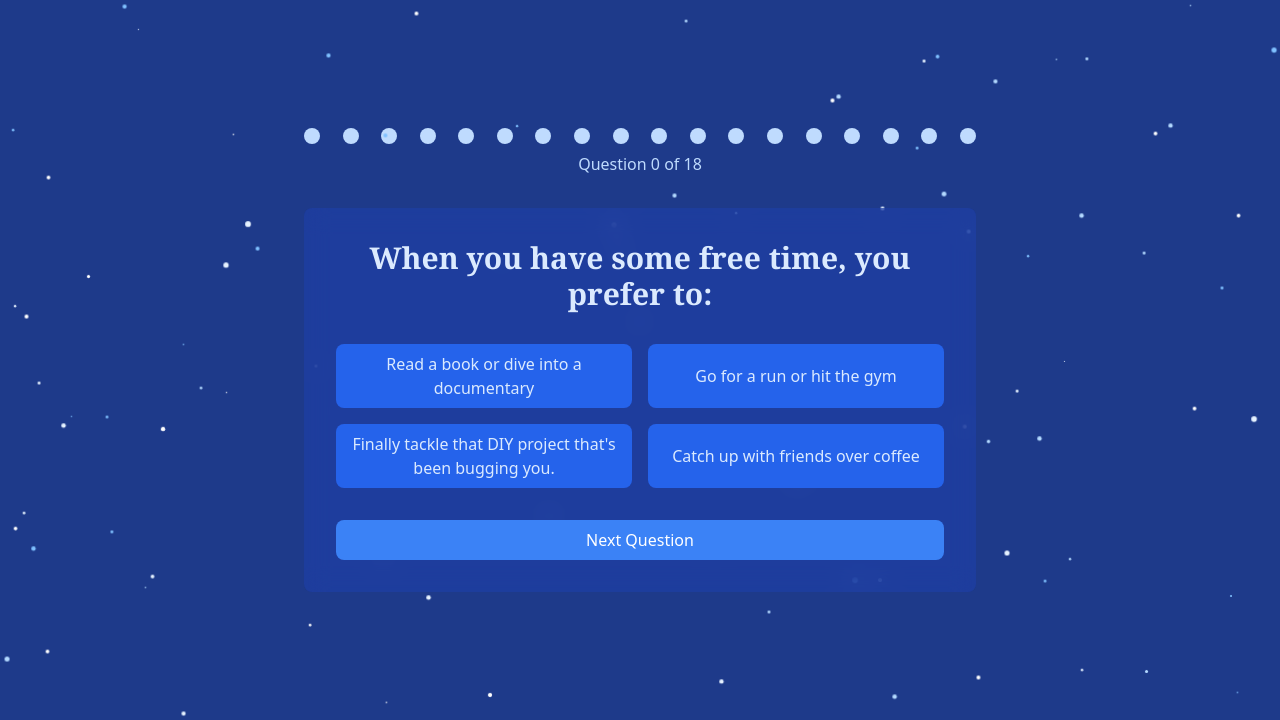
Repository: DKenins/Ikigaitest
Page: /
These files come from the project's save history. The page is drawn as it stood at one moment and after the next save; the edit follows.
The browser window is 1280 px wide. The pictures show the whole page.
Some web fonts or font styles are not loaded; a fallback is used. The project was rebuilt for these pictures with package versions that can differ from the ones it lists, and the page was loaded fresh each time. The framework's server and built-in components were replaced by stand-ins that run in the browser. Also part of the build but not shown: next.config.mjs.

Above is the page before, as saved 2024-10-06 19:22:46.

### app/layout.tsx
import { Poppins } from 'next/font/google';
import './globals.css';

const poppins = Poppins({
  weight: ['400', '600', '700'],
  subsets: ['latin'],
  display: 'swap',
  variable: '--font-poppins',
});

export default function RootLayout({
  children,
}: {
  children: React.ReactNode;
}) {
  return (
    <html lang="en" className={poppins.variable}>
      <head>
        <link
          rel="stylesheet"
          href="https://fonts.googleapis.com/css2?family=Poppins:wght@400;600;700&display=swap"
        />
      </head>
      <body className="antialiased">
        {children}
      </body>
    </html>
  );
}

### app/page.tsx
import PersonalityTest from './components/PersonalityTest';


export default function Home() {
  return (
    <div>
      <PersonalityTest />
    </div>
  );
}

### app/globals.css
@import url('https://fonts.googleapis.com/css2?family=Inter:wght@400;500;600;700&display=swap');
@import url('https://fonts.googleapis.com/css2?family=Akwe+Pro:wght@400;500;600;700&display=swap');

@tailwind base;
@tailwind components;
@tailwind utilities;

@layer base {
  :root {
    --background: hsl(0, 0%, 100%);
    --foreground: hsl(240, 10%, 3.9%);
    --card: 0 0% 100%;
    --card-foreground: 0 0% 3.9%;
    --popover: 0 0% 100%;
    --popover-foreground: 0 0% 3.9%;
    --primary: 0 0% 9%;
    --primary-foreground: 0 0% 98%;
    --secondary: 0 0% 96.1%;
    --secondary-foreground: 0 0% 9%;
    --muted: 0 0% 96.1%;
    --muted-foreground: 0 0% 45.1%;
    --accent: 0 0% 96.1%;
    --accent-foreground: 0 0% 9%;
    --destructive: 0 84.2% 60.2%;
    --destructive-foreground: 0 0% 98%;
    --border-color: hsl(240, 5.9%, 90%);
    --input: 0 0% 89.8%;
    --ring: 0 0% 3.9%;
    --radius: 0.5rem;
    --border: 0 0% 89.8%;
    --chart-1: 12 76% 61%;
    --chart-2: 173 58% 39%;
    --chart-3: 197 37% 24%;
    --chart-4: 43 74% 66%;
    --chart-5: 27 87% 67%;
  }

  .bg-background {
    @apply bg-[hsl(var(--background))];
  }
  .text-foreground {
    @apply text-[hsl(var(--foreground))];
  }
  .font-body {
    @apply font-sans;
  }
  .font-heading {
    @apply font-bold text-2xl;
  }
  .border-border {
    @apply border-[hsl(var(--border-color))];
  }

  body {
    font-family: 'Akwe Pro', sans-serif; /* Apply Akwe Pro font */
    @apply bg-background text-foreground font-body;
  }

  h1, h2, h3, h4, h5, h6 {
    @apply font-heading;
  }
  .dark {
    --background: 0 0% 3.9%;
    --foreground: 0 0% 98%;
    --card: 0 0% 3.9%;
    --card-foreground: 0 0% 98%;
    --popover: 0 0% 3.9%;
    --popover-foreground: 0 0% 98%;
    --primary: 0 0% 98%;
    --primary-foreground: 0 0% 9%;
    --secondary: 0 0% 14.9%;
    --secondary-foreground: 0 0% 98%;
    --muted: 0 0% 14.9%;
    --muted-foreground: 0 0% 63.9%;
    --accent: 0 0% 14.9%;
    --accent-foreground: 0 0% 98%;
    --destructive: 0 62.8% 30.6%;
    --destructive-foreground: 0 0% 98%;
    --border: 0 0% 14.9%;
    --input: 0 0% 14.9%;
    --ring: 0 0% 83.1%;
    --chart-1: 220 70% 50%;
    --chart-2: 160 60% 45%;
    --chart-3: 30 80% 55%;
    --chart-4: 280 65% 60%;
    --chart-5: 340 75% 55%;
  }
}

@layer base {
  * {
    @apply border-border;
  }
  body {
    @apply bg-background text-foreground;
  }
}

### app/components/PersonalityTest.tsx
"use client";

import React, { useState, useEffect, useRef } from "react";
import { useRouter } from "next/navigation";
import { motion, useAnimation } from "framer-motion";

interface Star {
  id: number;
  x: number;
  y: number;
  size: number;
  color: string;
  vx: number;
  vy: number;
}

interface ShootingStar {
  id: number;
  startX: number;
  startY: number;
  endX: number;
  endY: number;
}

const generateStar = (id: number, width: number, height: number): Star => ({
  id,
  x: Math.random() * width,
  y: Math.random() * height,
  size: Math.random() * 3 + 1,
  color: ["#ffffff", "#e6f2ff", "#b3d9ff", "#80c1ff"][Math.floor(Math.random() * 4)],
  vx: (Math.random() - 0.5) * 0.5,
  vy: (Math.random() - 0.5) * 0.5,
});

const generateShootingStar = (width: number, height: number): ShootingStar => ({
  id: Date.now(),
  startX: Math.random() * width,
  startY: 0,
  endX: Math.random() * width,
  endY: height,
});

const StarComponent: React.FC<{ star: Star }> = ({ star }) => {
  const controls = useAnimation();

  useEffect(() => {
    controls.start({
      scale: [1, 1.5, 1],
      transition: {
        duration: 2 + Math.random() * 2,
        repeat: Infinity,
        repeatType: "reverse",
      },
    });
  }, [controls]);

  return (
    <motion.div
      className="absolute rounded-full"
      style={{
        left: star.x,
        top: star.y,
        width: star.size,
        height: star.size,
        backgroundColor: star.color,
      }}
      animate={controls}
    />
  );
};

const ShootingStarComponent: React.FC<{ star: ShootingStar }> = ({ star }) => {
  return (
    <motion.div
      className="absolute w-1 h-1 bg-white rounded-full"
      style={{
        left: star.startX,
        top: star.startY,
      }}
      animate={{
        x: star.endX - star.startX,
        y: star.endY - star.startY,
        opacity: [1, 1, 0],
      }}
      transition={{
        duration: 1,
        ease: "easeOut",
      }}
    />
  );
};

const ProgressBar: React.FC<{ currentQuestion: number, totalQuestions: number }> = ({ currentQuestion, totalQuestions }) => {
  return (
    <div className="w-full max-w-2xl mx-auto mb-8">
      <div className="flex justify-between">
        {Array.from({ length: totalQuestions }, (_, i) => (
          <div
            key={i}
            className={`w-4 h-4 rounded-full ${
              i < currentQuestion ? "bg-blue-500" : "bg-blue-200"
            }`}
          />
        ))}
      </div>
      <p className="text-center text-blue-200 mt-2">Question {currentQuestion} of {totalQuestions}</p>
    </div>
  );
};

const PersonalityTest = () => {
  const [currentQuestion, setCurrentQuestion] = useState(0);
  const [selectedOption, setSelectedOption] = useState<typeof questions[number]["options"][number] | null>(null);
  const [stars, setStars] = useState<Star[]>([]);
  const [shootingStars, setShootingStars] = useState<ShootingStar[]>([]);
  const [windowSize, setWindowSize] = useState({ width: 0, height: 0 });
  const animationRef = useRef<number>();
  const totalQuestions = 18;
  const router = useRouter();

  const handleSubmit = () => {
    if (selectedOption) {
      setSelectedOption(null);
      setCurrentQuestion((prev) => prev + 1);
      if (currentQuestion === questions.length - 1) {
        router.push("/results");
      }
    }
  };

  const questions: { question: string; options: { label: string; category: string; subcategory: string }[] }[] = [
    {
      question: "When you have some free time, you prefer to:",
      options: [
        { label: "Read a book or dive into a documentary", category: 'passion', subcategory: 'IntellectualPursuits' },
        { label: "Go for a run or hit the gym", category: 'passion', subcategory: 'PhysicalActivities' },
        { label: "Finally tackle that DIY project that's been bugging you.", category: 'vocation', subcategory: 'ProblemSolving' },
        { label: "Catch up with friends over coffee", category: 'mission', subcategory: 'InterpersonalSkills' },
      ],
    },
    {
      question: "Your friend is moving to a new place and needs help. You offer to:",
      options: [
        { label: "Organize the packing and transport", category: 'vocation', subcategory: 'Leadership' },
        { label: "Provide help to fix things in the new place", category: 'vocation', subcategory: 'SpecializedKnowledge' },
        { label: "Keep spirits high and make it a fun day", category: 'mission', subcategory: 'CommunityBuilding' },
        { label: "Research how to do it with less cost", category: 'profession', subcategory: 'BusinessEntrepreneurship' },
      ],
    },
    {
      question: "At a social event, you often:",


      options: [
        { label: "Engage in conversations about various topics", category: 'passion', subcategory: 'IntellectualPursuits' },
        { label: "Make the most photos", category: 'passion', subcategory: 'CreativeArts' },
        { label: "Help to organize things", category: 'vocation', subcategory: 'ProblemSolving' },
        { label: "Share interesting stories or jokes to entertain others", category: 'mission', subcategory: 'InterpersonalSkills' },
      ],

    },
    {
      question: "When faced with a problem, your first instinct is to:",
      options: [
        { label: "Analyze it logically to find the best solution", category: 'vocation', subcategory: 'ProblemSolving' },
        { label: "Think of a creative way to approach it", category: 'passion', subcategory: 'CreativeArts' },
        { label: "Ask someone you know", category: 'mission', subcategory: 'InterpersonalSkills' },
        { label: "Consider how solving it might help others", category: 'mission', subcategory: 'SocialCauses' },
      ],
    },
    {
      question: "Your coworker asks for advice on improving their workspace. You suggest:",
      options: [
        { label: "Finding a way to make it more functional and organized", category: 'vocation', subcategory: 'SpecializedKnowledge' },
        { label: "Adding creative touches to make it more inspiring", category: 'passion', subcategory: 'CreativeArts' },
        { label: "Setting up a system to boost productivity", category: 'profession', subcategory: 'BusinessEntrepreneurship' },
        { label: "Sharing tips on time management and focus", category: 'mission', subcategory: 'EducationMentorship' },
      ],
    },
    {
      question: "During a job meeting, you often:",
      options: [
        { label: "Lead the discussion to make decisions", category: 'vocation', subcategory: 'Leadership' },
        { label: "Share your tips on any issue", category: 'vocation', subcategory: 'SpecializedKnowledge' },
        { label: "Ensure that everyone has a chance to speak", category: 'mission', subcategory: 'CommunityBuilding' },
        { label: "Propose solutions to any issues that come up", category: 'vocation', subcategory: 'ProblemSolving' },
      ],
    },
    {
      question: "When traveling, you are most excited about:",
      options: [
        { label: "Visiting historical sites and museums", category: 'passion', subcategory: 'IntellectualPursuits' },
        { label: "Exploring nature and hitting your daily step goal", category: 'passion', subcategory: 'PhysicalActivities' },
        { label: "Meeting new people and experiencing the culture", category: 'mission', subcategory: 'InterpersonalSkills' },
        { label: "Capturing new photos", category: 'passion', subcategory: 'CreativeArts' },
      ],
    },
    {
      question: "Your friends describe you as:",
      options: [
        { label: "Business-savvy", category: 'profession', subcategory: 'BusinessEntrepreneurship' },
        { label: "A natural leader", category: 'vocation', subcategory: 'Leadership' },
        { label: "Always active", category: 'passion', subcategory: 'PhysicalActivities' },
        { label: "The go-to for tech help", category: 'vocation', subcategory: 'SpecializedKnowledge' },
      ],
    },
    {
      question: "At work, you're most energized by:",
      options: [
        { label: "Helping a colleague learn something new", category: 'mission', subcategory: 'EducationMentorship' },
        { label: "Organizing a group activity or outing", category: 'passion', subcategory: 'PhysicalActivities' },
        { label: "Figuring out how to overcome challenges", category: 'vocation', subcategory: 'ProblemSolving' },
        { label: "Leading the team to achieve goals", category: 'vocation', subcategory: 'Leadership' },
      ],
    },
    {
      question: "Your favorite type of book or movie is:",
      options: [
        { label: "Documentaries or dramas", category: 'passion', subcategory: 'IntellectualPursuits' },
        { label: "Something that gets your adrenaline going", category: 'passion', subcategory: 'PhysicalActivities' },
        { label: "Heartfelt stories of people's situations", category: 'mission', subcategory: 'SocialCauses' },
        { label: "Biographies of successful people", category: 'profession', subcategory: 'BusinessEntrepreneurship' },
      ],
    },
    {
      question: "When planning for the future, what's on your mind?",
      options: [
        { label: "Finding ways to support someone", category: 'mission', subcategory: 'SocialCauses' },
        { label: "Staying healthy and active long-term", category: 'passion', subcategory: 'PhysicalActivities' },
        { label: "Keeping up with learning and teaching", category: 'mission', subcategory: 'EducationMentorship' },
        { label: "Building strong connections with others", category: 'mission', subcategory: 'CommunityBuilding' },
      ],
    },
    {
      question: "When buying a gift, you tend to:",
      options: [
        { label: "Choose a cool gadget", category: 'vocation', subcategory: 'SpecializedKnowledge' },
        { label: "Pick a group activity", category: 'mission', subcategory: 'CommunityBuilding' },
        { label: "Buy a productivity tool", category: 'profession', subcategory: 'BusinessEntrepreneurship' },
        { label: "Choose something mind-stimulating", category: 'passion', subcategory: 'IntellectualPursuits' },
      ],
    },
    {
      question: "Your dream job involves:",
      options: [
        { label: "Leading a team", category: 'vocation', subcategory: 'Leadership' },
        { label: "Solving technical challenges", category: 'vocation', subcategory: 'SpecializedKnowledge' },
        { label: "Making a difference", category: 'mission', subcategory: 'SocialCauses' },
        { label: "Teaching others", category: 'mission', subcategory: 'EducationMentorship' },
      ],
    },
    {
      question: "At work, you're often asked to:",
      options: [
        { label: "Handle technical tasks", category: 'vocation', subcategory: 'SpecializedKnowledge' },
        { label: "Solve tough problems", category: 'vocation', subcategory: 'ProblemSolving' },
        { label: "Mentor new recruits", category: 'mission', subcategory: 'EducationMentorship' },
        { label: "Help develop strategies", category: 'profession', subcategory: 'BusinessEntrepreneurship' },
      ],
    },
    {
      question: "On a road trip with friends, you're the one who:",
      options: [
        { label: "Decides the route and plans the stops", category: 'vocation', subcategory: 'Leadership' },
        { label: "Handles the navigation", category: 'vocation', subcategory: 'SpecializedKnowledge' },
        { label: "Keeps the conversations going", category: 'mission', subcategory: 'InterpersonalSkills' },
        { label: "Suggests visiting a place that supports a good cause", category: 'mission', subcategory: 'SocialCauses' },
      ],
    },
    {
      question: "When trying out a new hobby, you're drawn to:",
      options: [
        { label: "Something that makes you think deeply", category: 'passion', subcategory: 'IntellectualPursuits' },
        { label: "Something you could eventually turn into a business", category: 'profession', subcategory: 'BusinessEntrepreneurship' },
        { label: "Something that brings people together", category: 'mission', subcategory: 'CommunityBuilding' },
        { label: "Something where you can learn and teach others", category: 'mission', subcategory: 'EducationMentorship' },
      ],
    },
    {
      question: "Your friends would describe you as:",
      options: [
        { label: "Logical and analytical", category: 'vocation', subcategory: 'ProblemSolving' },
        { label: "A great communicator and listener", category: 'mission', subcategory: 'InterpersonalSkills' },
        { label: "Compassionate and understanding", category: 'mission', subcategory: 'InterpersonalSkills' },
        { label: "Someone who brings people together", category: 'mission', subcategory: 'CommunityBuilding' },
      ],
    },
    {
      question: "When cooking something special, you:",
      options: [
        { label: "Look up a recipe with an interesting story", category: 'passion', subcategory: 'IntellectualPursuits' },
        { label: "Use ingredients from a local farmer's market", category: 'mission', subcategory: 'SocialCauses' },
        { label: "Experiment with measurements until you get it just right", category: 'vocation', subcategory: 'ProblemSolving' },
        { label: "Invite friends over to share it with you", category: 'mission', subcategory: 'CommunityBuilding' },
      ],
    },
  ];


  useEffect(() => {
    const handleResize = () => {
      setWindowSize({ width: window.innerWidth, height: window.innerHeight });
    };
    handleResize();
    window.addEventListener("resize", handleResize);
    return () => window.removeEventListener("resize", handleResize);
  }, []);

  useEffect(() => {
    if (windowSize.width && windowSize.height) {
      setStars(Array.from({ length: 100 }, (_, i) => generateStar(i, windowSize.width, windowSize.height)));
    }
  }, [windowSize]);

  useEffect(() => {
    const updateStars = () => {
      setStars((prevStars) =>
        prevStars.map((star) => {
          let { x, y, vx, vy } = star;
          x += vx;
          y += vy;
          if (x <= 0 || x >= windowSize.width) vx = -vx;
          if (y <= 0 || y >= windowSize.height) vy = -vy;

          return { ...star, x, y, vx, vy };
        })
      );

      if (Math.random() < 0.02) {
        setShootingStars((prev) => [...prev, generateShootingStar(windowSize.width, windowSize.height)]);
      }

      setShootingStars((prev) => prev.filter((star) => Date.now() - star.id < 1000));

      animationRef.current = requestAnimationFrame(updateStars);
    };
    animationRef.current = requestAnimationFrame(updateStars);
    return () => {
      if (animationRef.current) {
        cancelAnimationFrame(animationRef.current);
      }
    };
  }, [windowSize]);

  return (
    <div className="min-h-screen bg-blue-900 flex flex-col items-center justify-center overflow-hidden relative">
      {stars.map((star) => (
        <StarComponent key={star.id} star={star} />
      ))}
      {shootingStars.map((star) => (
        <ShootingStarComponent key={star.id} star={star} />
      ))}

      <ProgressBar currentQuestion={currentQuestion} totalQuestions={totalQuestions} />

      <div className="bg-blue-800 bg-opacity-50 backdrop-blur-md rounded-lg p-8 w-full max-w-2xl z-10"> {/* Increased bg-opacity for a lighter background */}
        <h1 className="text-3xl font-bold text-center text-blue-100 mb-8 font-serif font-akwe"> {/* Added font-akwe class */}
          {questions[currentQuestion]?.question}  {/* Updated to show the current question */}
        </h1>
        <div className="grid grid-cols-2 gap-4">
          {questions[currentQuestion]?.options.map((option, index) => (
            <button
              key={index}
              className="bg-blue-600 hover:bg-blue-700 active:bg-blue-800 focus:bg-blue-800 text-blue-100 font-medium py-2 px-4 rounded-lg transition duration-300 ease-in-out transform hover:scale-105" // Added active and focus states for click animation
              onClick={() => setSelectedOption(option)}
            >
              {option.label}
            </button>
          ))}
        </div>
        <button
          onClick={handleSubmit}
          disabled={!selectedOption}
          className="w-full mt-8 bg-blue-500 text-white py-2 px-4 rounded-lg transition duration-300 hover:bg-blue-600"
        >
          {currentQuestion < questions.length - 1 ? "Next Question" : "Submit"}
        </button>
      </div>
    </div>
  );
};

export default PersonalityTest;

Loaded but not shown: tailwind.config.js (117 lines, source omitted)

After the next save:
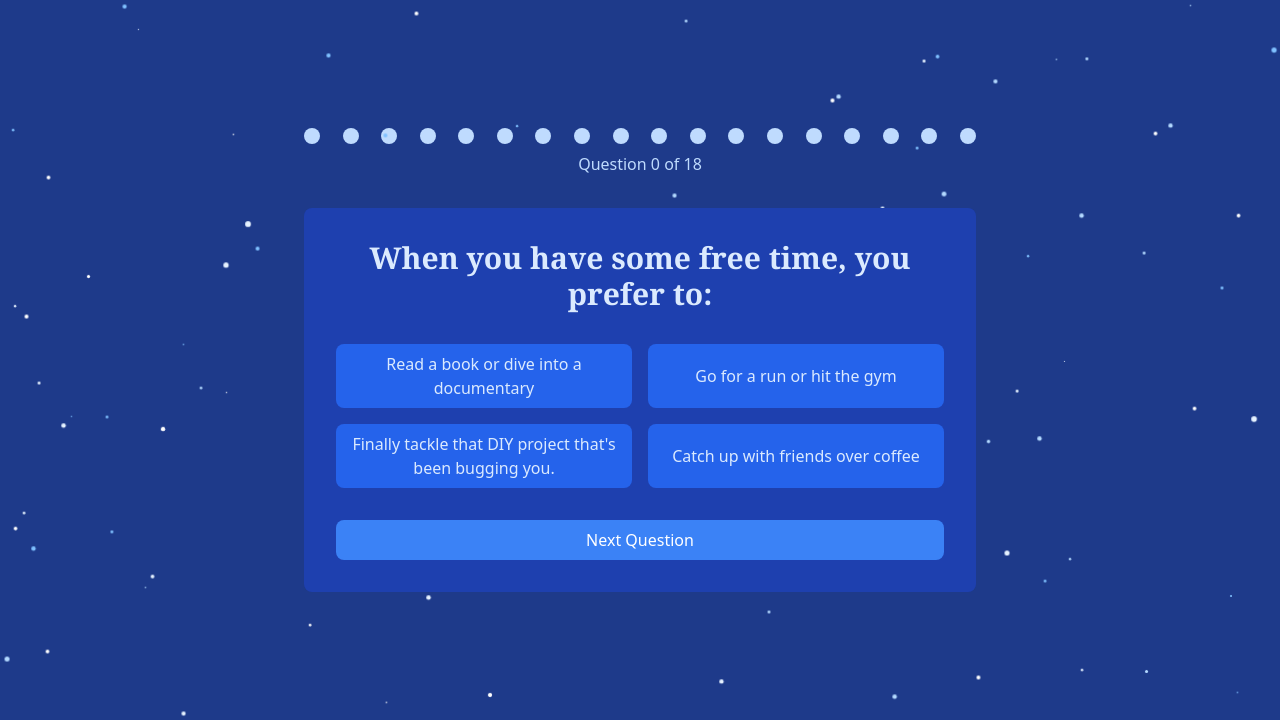
Saved 5 s later.
--- a/app/components/PersonalityTest.tsx
+++ b/app/components/PersonalityTest.tsx
@@ -353,7 +353,7 @@
 
       <ProgressBar currentQuestion={currentQuestion} totalQuestions={totalQuestions} />
 
-      <div className="bg-blue-800 bg-opacity-50 backdrop-blur-md rounded-lg p-8 w-full max-w-2xl z-10"> {/* Increased bg-opacity for a lighter background */}
+      <div className="bg-blue-800 bg-opacity-150 backdrop-blur-md rounded-lg p-8 w-full max-w-2xl z-10"> {/* Increased bg-opacity for a lighter background */}
         <h1 className="text-3xl font-bold text-center text-blue-100 mb-8 font-serif font-akwe"> {/* Added font-akwe class */}
           {questions[currentQuestion]?.question}  {/* Updated to show the current question */}
         </h1>

After the save that followed:
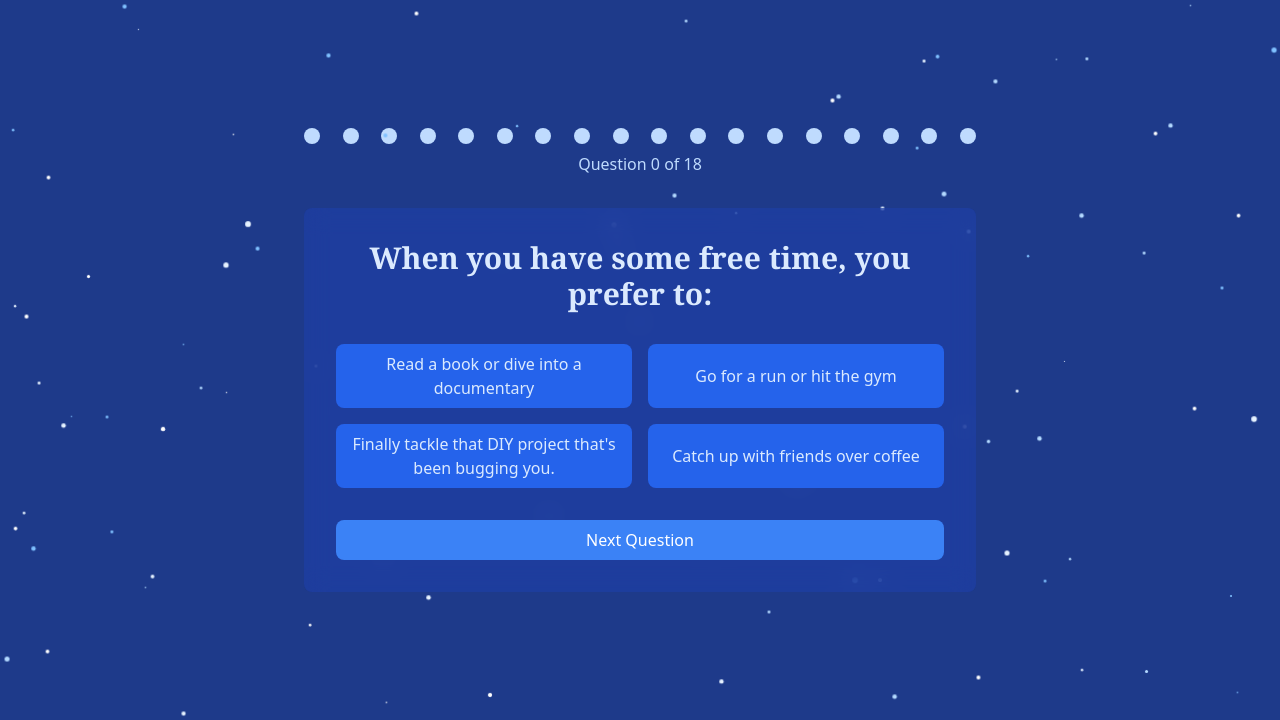
Saved 6 s later.
--- a/app/components/PersonalityTest.tsx
+++ b/app/components/PersonalityTest.tsx
@@ -353,7 +353,7 @@
 
       <ProgressBar currentQuestion={currentQuestion} totalQuestions={totalQuestions} />
 
-      <div className="bg-blue-800 bg-opacity-150 backdrop-blur-md rounded-lg p-8 w-full max-w-2xl z-10"> {/* Increased bg-opacity for a lighter background */}
+      <div className="bg-blue-800 bg-opacity-50 backdrop-blur-md rounded-lg p-8 w-full max-w-2xl z-10"> {/* Increased bg-opacity for a lighter background */}
         <h1 className="text-3xl font-bold text-center text-blue-100 mb-8 font-serif font-akwe"> {/* Added font-akwe class */}
           {questions[currentQuestion]?.question}  {/* Updated to show the current question */}
         </h1>
